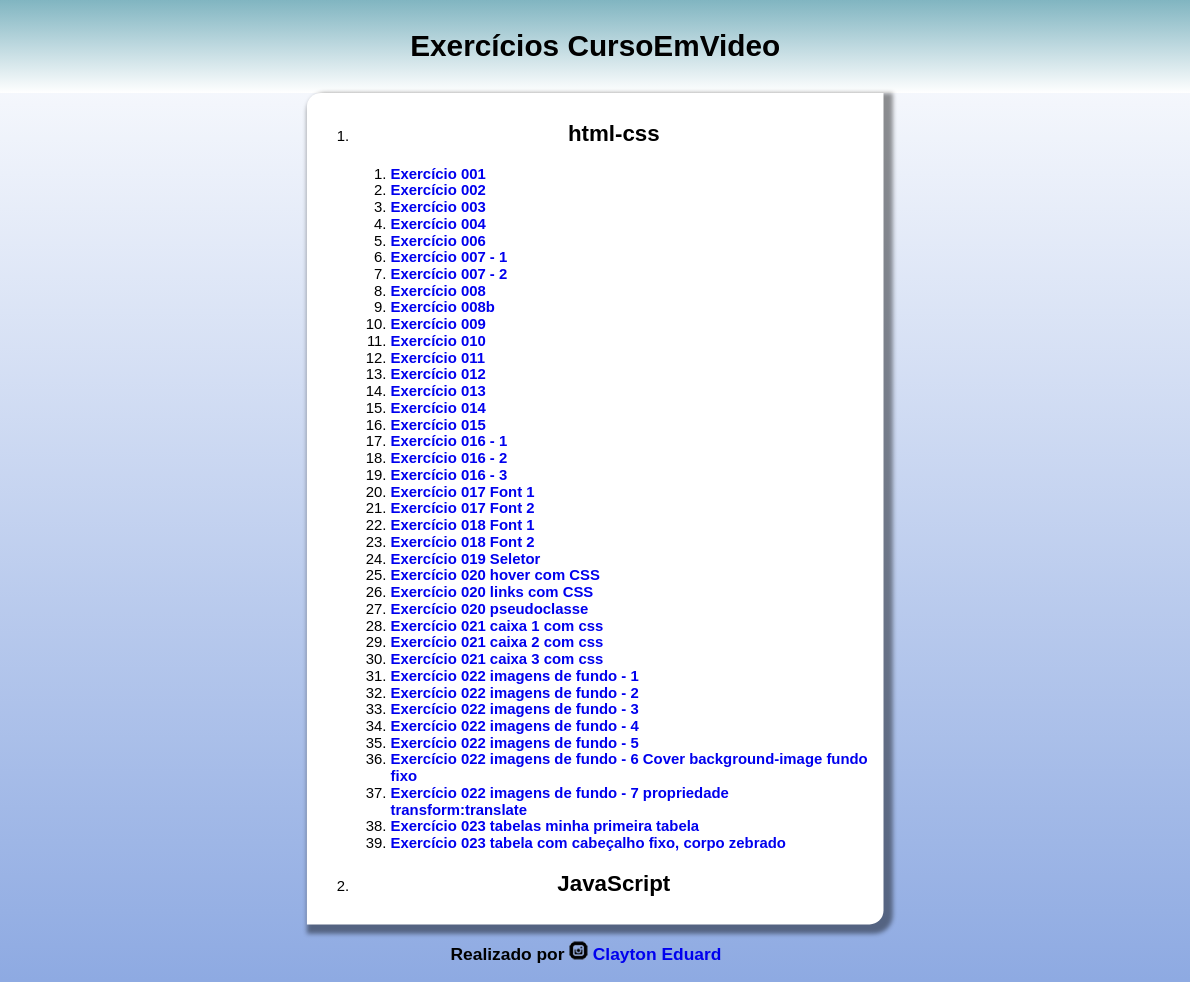
Repository: ClaytonEduard/cursoemvideo
Page: index.html
An editor plug-in stored every save of this project. The page is shown before and after a run of saves, followed by the edit.
The browser window is 1280 px wide. The pictures show the whole page, at 93% of full size.

Above is the page before, as saved 2022-12-08 16:53:16.

### index.html
<!DOCTYPE html>
<html lang="pt-br">

<head>
        <meta charset="UTF-8">
        <meta http-equiv="X-UA-Compatible" content="IE=edge">
        <meta name="viewport" content="width=device-width, initial-scale=1.0">
        <title>Curso em Video</title>
        <style>
                header {
                        background-image: linear-gradient(to top, white, rgba(7, 110, 133, 0.508));
                        padding: 10px;
                        margin: auto;
                        text-align: center;
                }

                body {

                        font-family: Arial, Helvetica, sans-serif;
                        margin: 0px;
                        padding: 0px;
                        background-image: linear-gradient(to bottom, rgb(255, 255, 255), rgba(33, 88, 198, 0.508));
                }

                main {
                        width: 600px;
                        background-color: white;
                        padding: 10px;
                        margin: auto;
                        border-radius: 15px 0px;
                        box-shadow: 5px 5px 5px 5px #0000006e;
                }

                a {
                        text-decoration: none;
                        font-weight: bold;
                        margin-right: 20px;
                }

                a:hover {
                        text-decoration: underline;
                        color: rgb(80, 12, 240);
                }

                h2 {
                        text-align: center;
                }

                footer {
                        background-image: linear-gradient(to bottom, rgba(7, 110, 133, 0.508));
                        text-align: center;
                }
        </style>
</head>

<body>

        <header>
                <h1>Exercícios CursoEmVideo</h1>
        </header>

        <main>
                <ol>
                        <li>
                                <h2>html-css</h2>
                        </li>

                        <ol>
                                <li><a href="https://claytoneduard.github.io/cursoemvideo/html-css/ex001/index.html"
                                                target="_blank">Exercício 001</a></li>
                                <li><a href="https://claytoneduard.github.io/cursoemvideo/html-css/ex002/index.html"
                                                target="_blank">Exercício 002</a></li>
                                <li><a href="https://claytoneduard.github.io/cursoemvideo/html-css/ex003/index.html"
                                                target="_blank">Exercício 003</a></li>
                                <li><a href="https://claytoneduard.github.io/cursoemvideo/html-css/ex004/index.html"
                                                target="_blank">Exercício 004</a></li>
                                <li><a href="https://claytoneduard.github.io/cursoemvideo/html-css/ex006/index.html"
                                                target="_blank">Exercício 006</a></li>
                                <li><a href="https://claytoneduard.github.io/cursoemvideo/html-css/ex007/html4.html"
                                                target="_blank">Exercício 007 - 1</a></li>
                                <li><a href="https://claytoneduard.github.io/cursoemvideo/html-css/ex007/html5.html"
                                                target="_blank">Exercício 007 - 2</a></li>
                                <li><a href="https://claytoneduard.github.io/cursoemvideo/html-css/ex008/index.html"
                                                target="_blank">Exercício 008</a></li>
                                <li><a href="https://claytoneduard.github.io/cursoemvideo/html-css/ex008b/index.html"
                                                target="_blank">Exercício 008b</a></li>
                                <li><a href="https://claytoneduard.github.io/cursoemvideo/html-css/ex009/index.html"
                                                target="_blank">Exercício 009</a></li>
                                <li><a href="https://claytoneduard.github.io/cursoemvideo/html-css/ex010/index.html"
                                                target="_blank">Exercício 010</a></li>
                                <li><a href="https://claytoneduard.github.io/cursoemvideo/html-css/ex011/index.html"
                                                target="_blank">Exercício 011</a></li>
                                <li><a href="https://claytoneduard.github.io/cursoemvideo/html-css/ex012/index.html"
                                                target="_blank">Exercício 012</a></li>
                                <li><a href="https://claytoneduard.github.io/cursoemvideo/html-css/ex013/index.html"
                                                target="_blank">Exercício 013</a></li>
                                <li><a href="https://claytoneduard.github.io/cursoemvideo/html-css/ex014/index.html"
                                                target="_blank">Exercício 014</a></li>
                                <li><a href="https://claytoneduard.github.io/cursoemvideo/html-css/ex015/index.html"
                                                target="_blank">Exercício 015</a></li>
                                <li><a href="https://claytoneduard.github.io/cursoemvideo/html-css/ex016/cor01.html"
                                                target="_blank">Exercício 016 - 1</a></li>
                                <li><a href="https://claytoneduard.github.io/cursoemvideo/html-css/ex016/cor02.html"
                                                target="_blank">Exercício 016 - 2</a></li>
                                <li><a href="https://claytoneduard.github.io/cursoemvideo/html-css/ex016/cor03.html"
                                                target="_blank">Exercício 016 - 3</a></li>
                                <li><a href="https://claytoneduard.github.io/cursoemvideo/html-css/ex017/font01.html"
                                                target="_blank">Exercício 017 Font 1</a></li>
                                <li><a href="https://claytoneduard.github.io/cursoemvideo/html-css/ex017/font02.html"
                                                target="_blank">Exercício 017 Font 2</a></li>
                                <li><a href="https://claytoneduard.github.io/cursoemvideo/html-css/ex018/font01.html"
                                                target="_blank">Exercício 018 Font 1</a></li>
                                <li><a href="https://claytoneduard.github.io/cursoemvideo/html-css/ex018/font02.html"
                                                target="_blank">Exercício 018 Font 2</a></li>
                                <li><a href="https://claytoneduard.github.io/cursoemvideo/html-css/ex019/seletor01.html"
                                                target="_blank">Exercício 019 Seletor</a></li>
                                <li><a href="https://claytoneduard.github.io/cursoemvideo/html-css/ex020/hover.html"
                                                target="_blank">Exercício 020 hover com CSS</a></li>
                                <li><a href="https://claytoneduard.github.io/cursoemvideo/html-css/ex020/links.html"
                                                target="_blank">Exercício 020 links com CSS</a></li>
                                <li><a href="https://claytoneduard.github.io/cursoemvideo/html-css/ex020/pseudoclasse.html"
                                                target="_blank">Exercício 020 pseudoclasse</a></li>
                                <li><a href="https://claytoneduard.github.io/cursoemvideo/html-css/ex021/caixa01.html"
                                                target="_blank">Exercício 021 caixa 1 com css</a></li>
                                <li><a href="https://claytoneduard.github.io/cursoemvideo/html-css/ex021/caixa02.html"
                                                target="_blank">Exercício 021 caixa 2 com css</a></li>
                                <li><a href="https://claytoneduard.github.io/cursoemvideo/html-css/ex021/caixa03.html"
                                                target="_blank">Exercício 021 caixa 3 com css</a></li>
                                <li><a href="https://claytoneduard.github.io/cursoemvideo/html-css/ex022/fundo001.html"
                                                target="_blank">Exercício 022 imagens de fundo - 1</a></li>
                                <li><a href="https://claytoneduard.github.io/cursoemvideo/html-css/ex022/fundo002.html"
                                                target="_blank">Exercício 022 imagens de fundo - 2</a></li>
                                <li><a href="https://claytoneduard.github.io/cursoemvideo/html-css/ex022/fundo003.html"
                                                target="_blank">Exercício 022 imagens de fundo - 3</a></li>
                                <li><a href="https://claytoneduard.github.io/cursoemvideo/html-css/ex022/fundo004.html"
                                                target="_blank">Exercício 022 imagens de fundo - 4</a></li>
                                <li><a href="https://claytoneduard.github.io/cursoemvideo/html-css/ex022/fundo005.html"
                                                target="_blank">Exercício 022 imagens de fundo - 5</a></li>
                                <li><a href="https://claytoneduard.github.io/cursoemvideo/html-css/ex022/fundo006.html"
                                                target="_blank">Exercício 022 imagens de fundo - 6 Cover
                                                background-image fundo fixo</a></li>
                                <li><a href="https://claytoneduard.github.io/cursoemvideo/html-css/ex022/fundo007.html"
                                                target="_blank">Exercício 022 imagens de fundo - 7 propriedade
                                                transform:translate </a></li>
                                <li><a href="https://claytoneduard.github.io/cursoemvideo/html-css/ex023/tabelas.html"
                                                target="_blank">Exercício 023 tabelas minha primeira tabela</a></li>

                                <li><a href="https://claytoneduard.github.io/cursoemvideo/html-css/ex023/tabela002.html"
                                                target="_blank">Exercício 023 tabela com cabeçalho fixo, corpo zebrado</a></li>
                        </ol>
                        <li>
                                <h2>JavaScript</h2>
                        </li>
                </ol>
        </main>
        <footer>
                <h3>Realizado por <img src="html-css/desafios/d005/img/icone-instagram.png" alt="Clayton Eduard" />
                        <a href="https://www.instagram.com/clayton_eduard" target="_blank" rel="external">Clayton
                                Eduard</a>
                </h3>
        </footer>
</body>

</html>

After the next 2 saves:
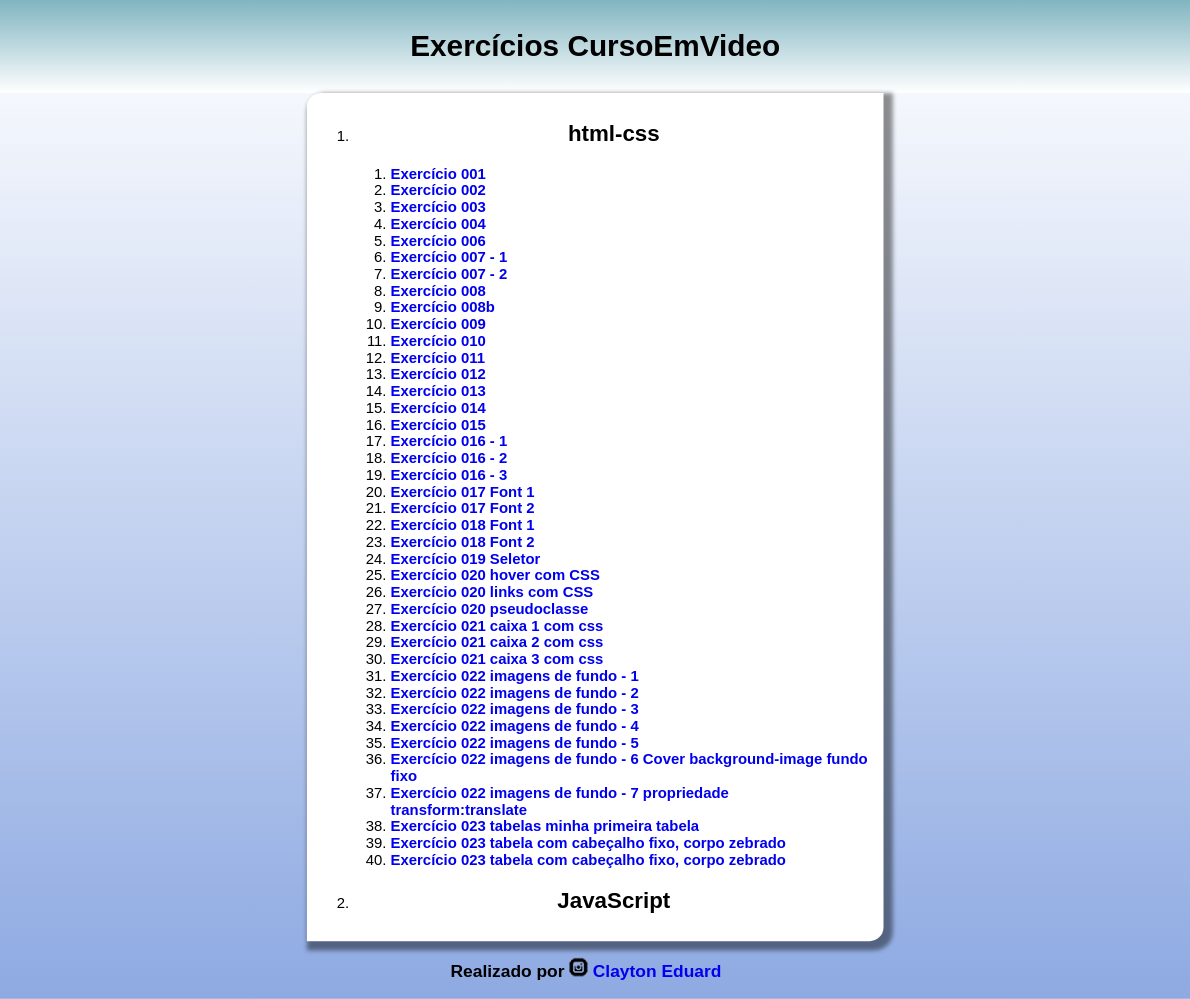
The 2 saves are shown as one change because they came seconds apart.
The last was saved 2 min 41 s later.
--- a/index.html
+++ b/index.html
@@ -146,7 +146,11 @@
                                                 target="_blank">Exercício 023 tabelas minha primeira tabela</a></li>
 
                                 <li><a href="https://claytoneduard.github.io/cursoemvideo/html-css/ex023/tabela002.html"
-                                                target="_blank">Exercício 023 tabela com cabeçalho fixo, corpo zebrado</a></li>
+                                                target="_blank">Exercício 023 tabela com cabeçalho fixo, corpo
+                                                zebrado</a></li>
+                                <li><a href="https://claytoneduard.github.io/cursoemvideo/html-css/ex023/tabela002.html"
+                                                target="_blank">Exercício 023 tabela com cabeçalho fixo, corpo
+                                                zebrado</a></li>
                         </ol>
                         <li>
                                 <h2>JavaScript</h2>
